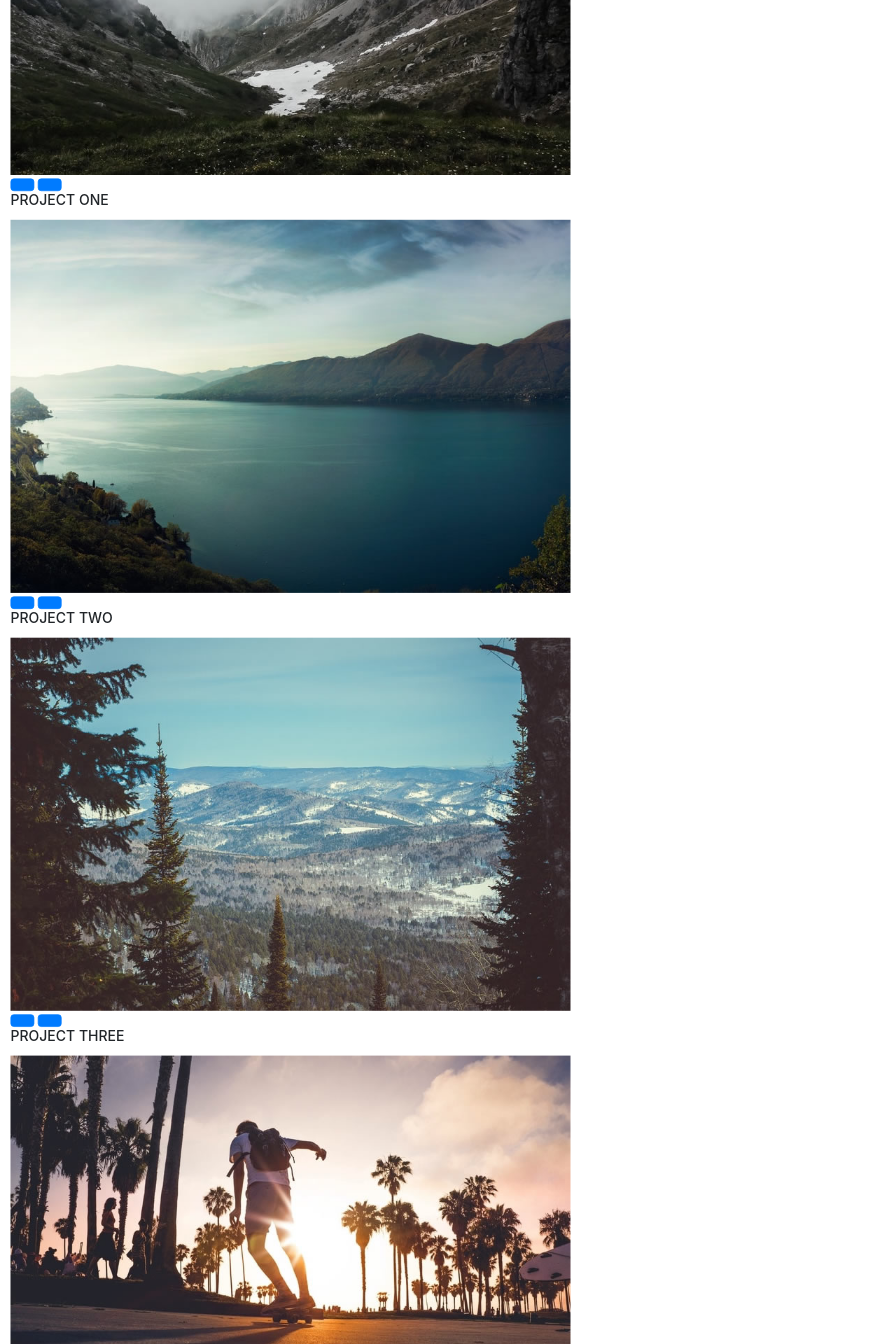
Repository: Jasonlee6789/Blog
Page: event.html
An editor plug-in stored every save of this project. The page is shown before and after the next save, followed by the edit.
The browser window is 1280 px wide. The pictures show the part of the page from y = 570 to 2490 px (the page is 12227 px tall before and 12707 px after), at 70% of full size.

Above is the page before, as saved 2021-02-03 15:18:07.

### event.html
<!DOCTYPE html>
<html lang="en">
<head>
    <meta charset="UTF-8">
    <meta name="viewport" content="width=device-width, initial-scale=1.0">
    <title>Document</title>
    	<!-- Bootstrap core CSS -->
	<link href="assets/css/bootstrap.css" rel="stylesheet">
</head>
<body>

<!--  CONTENT WRAPPER -->
<div id="content-wrapper">
		<section id="portfolio" class="page-section nopaddingbottom">
			<div class="white">
				<h1 class="fade-down centered section-title">我们的产品（前端重写）</h1>
				<hr class="fade-down">
			</div>
			<div>
				<ul id="portfolio-categories" class="filter clearfix fade-down">
					<li><a href="#" class="active btn btn-success" data-filter="*">All</a></li>
					<li><a href="#" class="btn btn-success" data-filter=".brand-design">Brand Design</a></li>
					<li><a href="#" class="btn btn-success" data-filter=".nature">Nature</a></li>
					<li><a href="#" class="btn btn-success" data-filter=".apps">Apps</a></li>
					<li><a href="#" class="btn btn-success" data-filter=".video">Video</a></li>
				</ul>

				<div id="portfolio-content" class="fade-up  title-mb">

					<div class="col-md-3 brand-design">
						<div class="grid mask">
							<figure>
								<img class="img-responsive" src="assets/img/portfolio/folio01.jpg" alt="">
								<figcaption>
									<a href="single-project.html" class="btn btn-primary btn-lg"><i
											class="el-icon-link"></i></a>
									<a href="assets/img/portfolio/folio01.jpg"
										class="btn btn-primary btn-lg launch-lb"><i class="el-icon-zoom-in"></i></a>
									<h5>PROJECT ONE</h5>
								</figcaption>
							</figure>
						</div>
					</div>

					<div class="col-md-3 nature">
						<div class="grid mask">
							<figure>
								<img class="img-responsive" src="assets/img/portfolio/folio02.jpg" alt="">
								<figcaption>
									<a href="single-project.html" class="btn btn-primary btn-lg"><i
											class="el-icon-link"></i></a>
									<a href="assets/img/portfolio/folio01.jpg"
										class="btn btn-primary btn-lg launch-lb"><i class="el-icon-zoom-in"></i></a>
									<h5>PROJECT TWO</h5>
								</figcaption>
							</figure>
						</div>
					</div>

					<div class="col-md-3 apps">
						<div class="grid mask">
							<figure>
								<img class="img-responsive" src="assets/img/portfolio/folio03.jpg" alt="">
								<figcaption>
									<a href="single-project.html" class="btn btn-primary btn-lg"><i
											class="el-icon-link"></i></a>
									<a href="assets/img/portfolio/folio01.jpg"
										class="btn btn-primary btn-lg launch-lb"><i class="el-icon-zoom-in"></i></a>
									<h5>PROJECT THREE</h5>
								</figcaption>
							</figure>
						</div>
					</div>

					<div class="col-md-3 video">
						<div class="grid mask">
							<figure>
								<img class="img-responsive" src="assets/img/portfolio/folio04.jpg" alt="">
								<figcaption>
									<a href="single-project.html" class="btn btn-primary btn-lg"><i
											class="el-icon-link"></i></a>
									<a href="assets/img/portfolio/folio01.jpg"
										class="btn btn-primary btn-lg launch-lb"><i class="el-icon-zoom-in"></i></a>
									<h5>PROJECT FOUR</h5>
								</figcaption>
							</figure>
						</div>
					</div>

					<div class="col-md-3 nature">
						<div class="grid mask">
							<figure>
								<img class="img-responsive" src="assets/img/portfolio/folio05.jpg" alt="">
								<figcaption>
									<a href="single-project.html" class="btn btn-primary btn-lg"><i
											class="el-icon-link"></i></a>
									<a href="assets/img/portfolio/folio01.jpg"
										class="btn btn-primary btn-lg launch-lb"><i class="el-icon-zoom-in"></i></a>
									<h5>PROJECT FIVE</h5>
								</figcaption>
							</figure>
						</div>
					</div>

					<div class="col-md-3 apps">
						<div class="grid mask">
							<figure>
								<img class="img-responsive" src="assets/img/portfolio/folio06.jpg" alt="">
								<figcaption>
									<a href="single-project.html" class="btn btn-primary btn-lg"><i
											class="el-icon-link"></i></a>
									<a href="assets/img/portfolio/folio01.jpg"
										class="btn btn-primary btn-lg launch-lb"><i class="el-icon-zoom-in"></i></a>
									<h5>PROJECT SIX</h5>
								</figcaption>
							</figure>
						</div>
					</div>

					<div class="col-md-3 brand-design">
						<div class="grid mask">
							<figure>
								<img class="img-responsive" src="assets/img/portfolio/folio07.jpg" alt="">
								<figcaption>
									<a href="single-project.html" class="btn btn-primary btn-lg"><i
											class="el-icon-link"></i></a>
									<a href="assets/img/portfolio/folio01.jpg"
										class="btn btn-primary btn-lg launch-lb"><i class="el-icon-zoom-in"></i></a>
									<h5>PROJECT SEVEN</h5>
								</figcaption>
							</figure>
						</div>
					</div>

					<div class="col-md-3 nature">
						<div class="grid mask">
							<figure>
								<img class="img-responsive" src="assets/img/portfolio/folio08.jpg" alt="">
								<figcaption>
									<a href="single-project.html" class="btn btn-primary btn-lg"><i
											class="el-icon-link"></i></a>
									<a href="assets/img/portfolio/folio01.jpg"
										class="btn btn-primary btn-lg launch-lb"><i class="el-icon-zoom-in"></i></a>
									<h5>PROJECT EIGHT</h5>
								</figcaption>
							</figure>
						</div>
					</div>

					<div class="col-md-3 nature">
						<div class="grid mask">
							<figure>
								<img class="img-responsive" src="assets/img/portfolio/folio09.jpg" alt="">
								<figcaption>
									<a href="single-project.html" class="btn btn-primary btn-lg"><i
											class="el-icon-link"></i></a>
									<a href="assets/img/portfolio/folio01.jpg"
										class="btn btn-primary btn-lg launch-lb"><i class="el-icon-zoom-in"></i></a>
									<h5>PROJECT NINE</h5>
								</figcaption>
							</figure>
						</div>
					</div>

					<div class="col-md-3 nature">
						<div class="grid mask">
							<figure>
								<img class="img-responsive" src="assets/img/portfolio/folio10.jpg" alt="">
								<figcaption>
									<a href="single-project.html" class="btn btn-primary btn-lg"><i
											class="el-icon-link"></i></a>
									<a href="assets/img/portfolio/folio01.jpg"
										class="btn btn-primary btn-lg launch-lb"><i class="el-icon-zoom-in"></i></a>
									<h5>PROJECT TEN</h5>
								</figcaption>
							</figure>
						</div>
					</div>

					<div class="col-md-3 nature">
						<div class="grid mask">
							<figure>
								<img class="img-responsive" src="assets/img/portfolio/folio15.jpg" alt="">
								<figcaption>
									<a href="single-project.html" class="btn btn-primary btn-lg"><i
											class="el-icon-link"></i></a>
									<a href="assets/img/portfolio/folio01.jpg"
										class="btn btn-primary btn-lg launch-lb"><i class="el-icon-zoom-in"></i></a>
									<h5>PROJECT ELEVEN</h5>
								</figcaption>
							</figure>
						</div>
					</div>

					<div class="col-md-3 nature">
						<div class="grid mask">
							<figure>
								<img class="img-responsive" src="assets/img/portfolio/folio11.jpg" alt="">
								<figcaption>
									<a href="single-project.html" class="btn btn-primary btn-lg"><i
											class="el-icon-link"></i></a>
									<a href="assets/img/portfolio/folio01.jpg"
										class="btn btn-primary btn-lg launch-lb"><i class="el-icon-zoom-in"></i></a>
									<h5>PROJECT TWELVE</h5>
								</figcaption>
							</figure>
						</div>
					</div>

					<div class="col-md-3 brand-design">
						<div class="grid mask">
							<figure>
								<img class="img-responsive" src="assets/img/portfolio/folio12.jpg" alt="">
								<figcaption>
									<a href="single-project.html" class="btn btn-primary btn-lg"><i
											class="el-icon-link"></i></a>
									<a href="assets/img/portfolio/folio01.jpg"
										class="btn btn-primary btn-lg launch-lb"><i class="el-icon-zoom-in"></i></a>
									<h5>PROJECT THIRTEEN</h5>
								</figcaption>
							</figure>
						</div>
					</div>

					<div class="col-md-3 nature">
						<div class="grid mask">
							<figure>
								<img class="img-responsive" src="assets/img/portfolio/folio13.jpg" alt="">
								<figcaption>
									<a href="single-project.html" class="btn btn-primary btn-lg"><i
											class="el-icon-link"></i></a>
									<a href="assets/img/portfolio/folio01.jpg"
										class="btn btn-primary btn-lg launch-lb"><i class="el-icon-zoom-in"></i></a>
									<h5>PROJECT FOURTEEN</h5>
								</figcaption>
							</figure>
						</div>
					</div>

					<div class="col-md-3 nature">
						<div class="grid mask">
							<figure>
								<img class="img-responsive" src="assets/img/portfolio/folio14.jpg" alt="">
								<figcaption>
									<a href="single-project.html" class="btn btn-primary btn-lg"><i
											class="el-icon-link"></i></a>
									<a href="assets/img/portfolio/folio01.jpg"
										class="btn btn-primary btn-lg launch-lb"><i class="el-icon-zoom-in"></i></a>
									<h5>PROJECT FIFHTEEN</h5>
								</figcaption>
							</figure>
						</div>
					</div>

					<div class="col-md-3 nature">
						<div class="grid mask">
							<figure>
								<img class="img-responsive" src="assets/img/portfolio/folio15.jpg" alt="">
								<figcaption>
									<a href="single-project.html" class="btn btn-primary btn-lg"><i
											class="el-icon-link"></i></a>
									<a href="assets/img/portfolio/folio01.jpg"
										class="btn btn-primary btn-lg launch-lb"><i class="el-icon-zoom-in"></i></a>
									<h5>PROJECT SIXTEEN</h5>
								</figcaption>
							</figure>
						</div>
					</div>

					<div class="col-md-3 nature">
						<div class="grid mask">
							<figure>
								<img class="img-responsive" src="assets/img/portfolio/folio16.jpg" alt="">
								<figcaption>
									<a href="single-project.html" class="btn btn-primary btn-lg"><i
											class="el-icon-link"></i></a>
									<a href="assets/img/portfolio/folio01.jpg"
										class="btn btn-primary btn-lg launch-lb"><i class="el-icon-zoom-in"></i></a>
									<h5>PROJECT SEVENTEEN</h5>
								</figcaption>
							</figure>
						</div>
					</div>

					<div class="col-md-3 nature">
						<div class="grid mask">
							<figure>
								<img class="img-responsive" src="assets/img/portfolio/folio18.jpg" alt="">
								<figcaption>
									<a href="single-project.html" class="btn btn-primary btn-lg"><i
											class="el-icon-link"></i></a>
									<a href="assets/img/portfolio/folio01.jpg"
										class="btn btn-primary btn-lg launch-lb"><i class="el-icon-zoom-in"></i></a>
									<h5>PROJECT EIGHTEEN</h5>
								</figcaption>
							</figure>
						</div>
					</div>

					<div class="col-md-3 nature">
						<div class="grid mask">
							<figure>
								<img class="img-responsive" src="assets/img/portfolio/folio01.jpg" alt="">
								<figcaption>
									<a href="single-project.html" class="btn btn-primary btn-lg"><i
											class="el-icon-link"></i></a>
									<a href="assets/img/portfolio/folio01.jpg"
										class="btn btn-primary btn-lg launch-lb"><i class="el-icon-zoom-in"></i></a>
									<h5>PROJECT NINTEEN</h5>
								</figcaption>
							</figure>
						</div>
					</div>

					<div class="col-md-3 nature">
						<div class="grid mask">
							<figure>
								<img class="img-responsive" src="assets/img/portfolio/folio02.jpg" alt="">
								<figcaption>
									<a href="single-project.html" class="btn btn-primary btn-lg"><i
											class="el-icon-link"></i></a>
									<a href="assets/img/portfolio/folio01.jpg"
										class="btn btn-primary btn-lg launch-lb"><i class="el-icon-zoom-in"></i></a>
									<h5>PROJECT TWENTY</h5>
								</figcaption>
							</figure>
						</div>
					</div>
				</div>
			</div>
        </section>
    </div>
	<!-- CONTENT WRAPPER -->
</body>
</html>

Loaded but not shown: assets/css/bootstrap.css (library); assets/css/elusive-webfont.css (922 lines, source omitted)

After the next save:
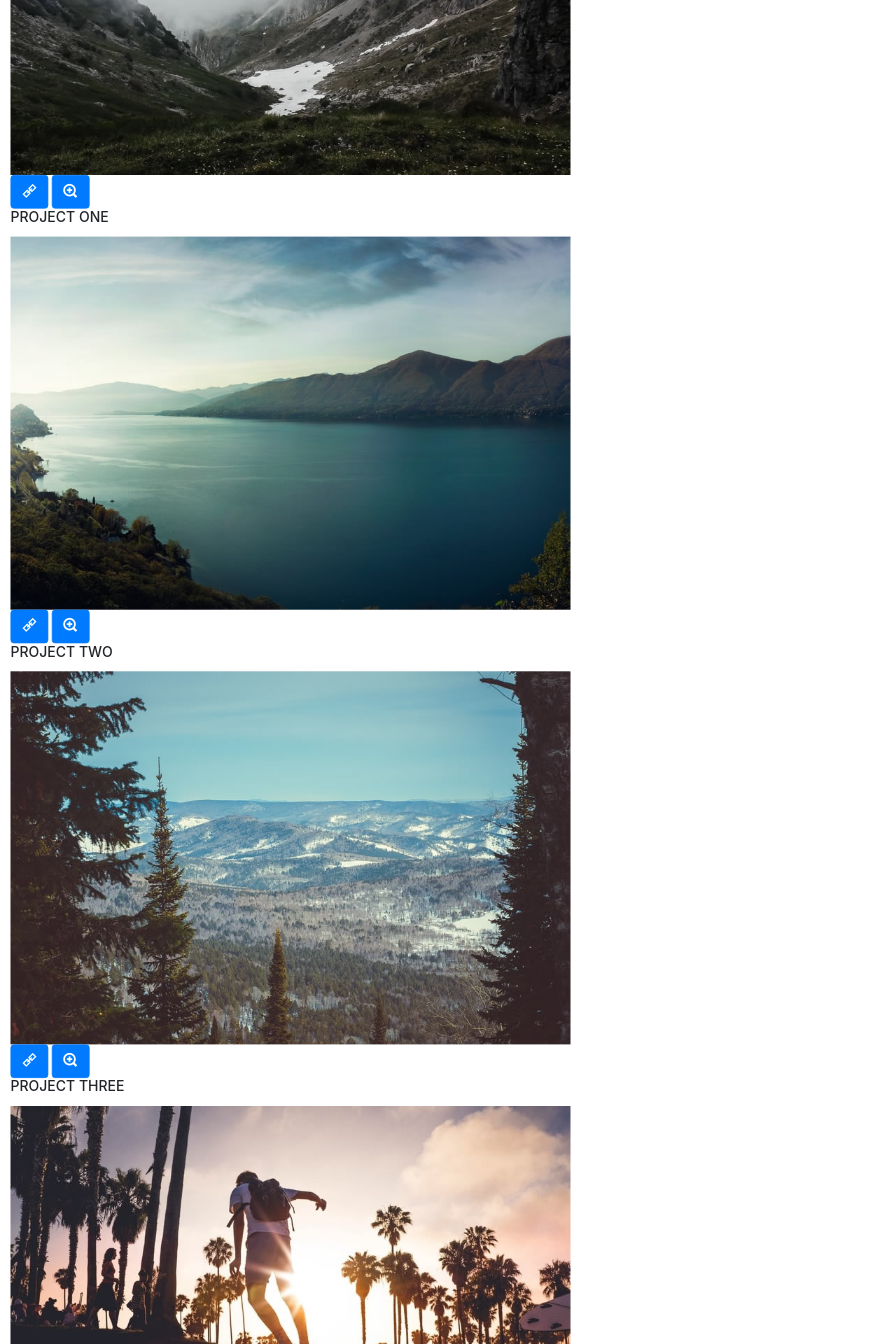
Saved 2 min 1 s later.
--- a/event.html
+++ b/event.html
@@ -5,7 +5,9 @@
     <meta name="viewport" content="width=device-width, initial-scale=1.0">
     <title>Document</title>
     	<!-- Bootstrap core CSS -->
-	<link href="assets/css/bootstrap.css" rel="stylesheet">
+    <link href="assets/css/bootstrap.css" rel="stylesheet">
+    	<!-- Custom styles for this template -->
+	<link href="assets/css/elusive-webfont.css" rel="stylesheet">
 </head>
 <body>
 
